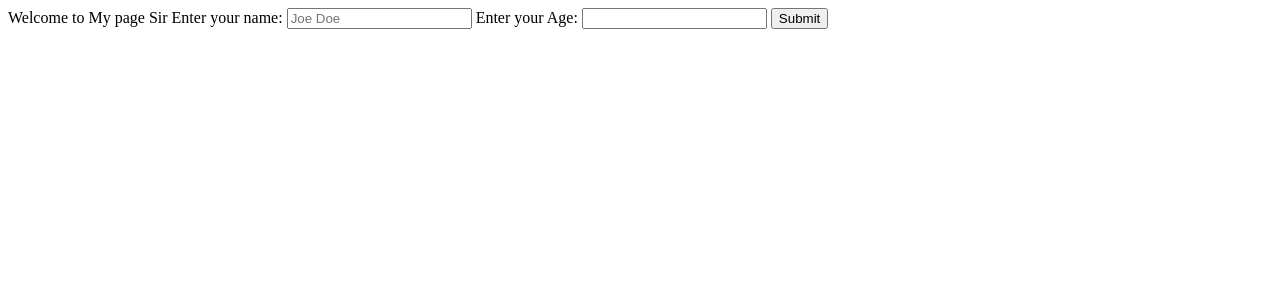
Repository: Trailblazer-dev/Academic-Trip-Booking-System
Page: Demo/src/main/webapp/Welcome.html
An editor plug-in stored every save of this project. The page is shown before and after the next save, followed by the edit.
The browser window is 1280 px wide. The pictures show the whole page.

Above is the page before, as saved 2025-02-20 02:12:43.

After the next save:
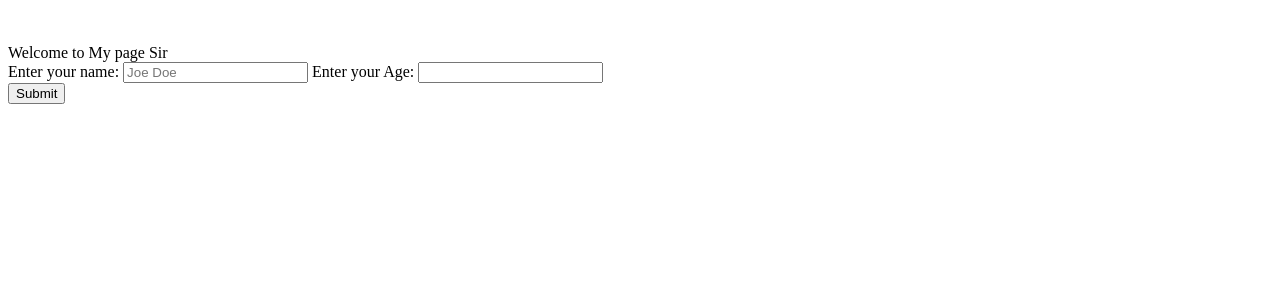
Saved 90 s later.
--- a/Demo/src/main/webapp/Welcome.html
+++ b/Demo/src/main/webapp/Welcome.html
@@ -5,11 +5,13 @@
 <title>Welcome</title>
 </head>
 <body>
+<br>
 	<form action="Welcome.jsp" method="post">
 		<thead>
+		<br>
 			<tr>
 				<td>Welcome to My page</td>
-				<td>Sir</td>
+				<td>Sir</td><br>
 
 			</tr>
 		</thead>
@@ -24,6 +26,7 @@
 					<input type="number" name="age" required/>
 				</td>
 			</tr>
+			<br>
 		</tbody>
 		<input type="submit" />
 	</form>
